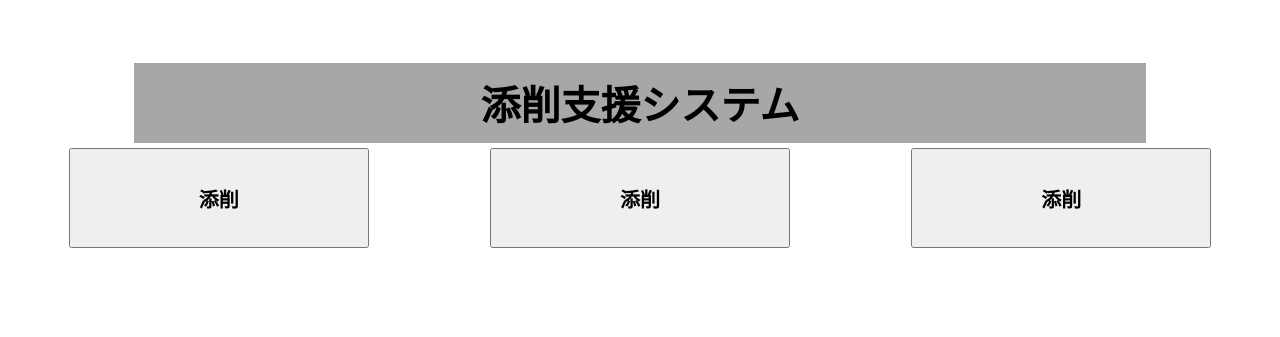
Repository: k-murakami18/canvas_v2
Page: Main.html
The author's editor kept a copy of each file at every save. The page is drawn from the files as they stood at one save, then again after the next save.
The browser window is 1280 px wide. The pictures show the whole page.

Above is the page before, as saved 2021-01-04 20:04:16.

After the next save:
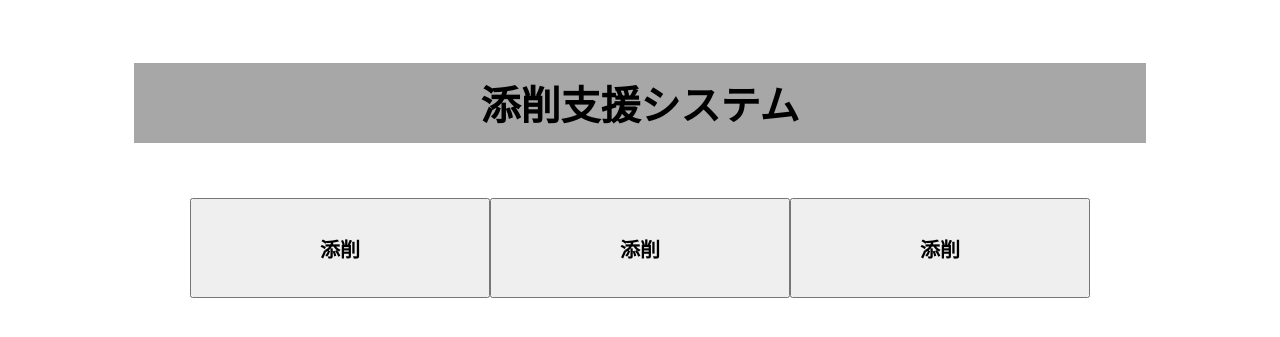
Saved 21 s later.
--- a/style.css
+++ b/style.css
@@ -138,7 +138,7 @@ canvas {
   height: 100px;
   font-size: 20px;
   font-weight: bold;
-  margin: auto;
+  margin-top: 50px;
 }
 body .but_name{
   display: flex;
